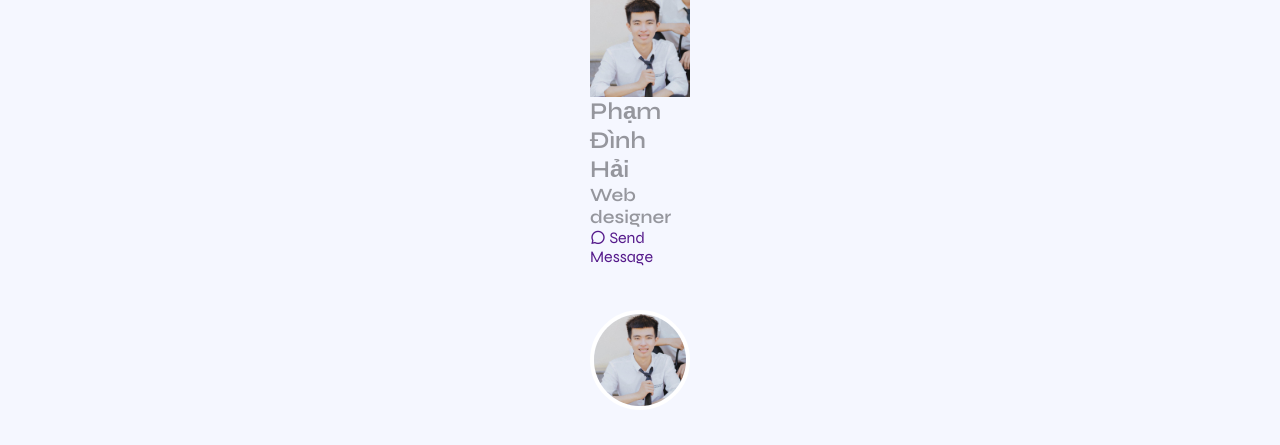
Repository: dinhhaidh/Profile
Page: index.html
An editor plug-in stored every save of this project. The page is shown before and after a run of saves, followed by the edit.
The browser window is 1280 px wide. The pictures show the whole page.
Some web libraries are served in a nearby version.

Above is the page before, as saved 2024-02-29 09:09:34.

### index.html
<!DOCTYPE html>
<html lang="en">
<head>
    <meta charset="UTF-8">
    <meta name="viewport" content="width=device-width, initial-scale=1.0">

    <!--=============== REMIXICONS ===============-->
    <link rel="stylesheet" href="https://cdnjs.cloudflare.com/ajax/libs/remixicon/4.0.1/remixicon.css">

    <!--=============== CSS ===============-->
    <link rel="stylesheet" href="style.css">

    <title>Profile card with tooltip</title>
</head>
<body>
    <div class="container">
        <article class="card__article">
            <div class="card__profile">
                <img src="./img/img.jpg" alt="image" class="card__profile-img">
            </div>

            <div class="card__tooltip">
                <div class="card__content">
                    <header class="card__header">
                        <span>Social</span>

                        <div class="card__social">
                            <a href="https://www.linkedin.com" target="_blank">
                                <i class="ri-linkedin-box-line"></i>
                            </a>

                            <a href="https://www.github.com" target="_blank">
                                <i class="ri-github-fill"></i>
                            </a>

                            <a href="https://www.dribbble.com" target="_blank">
                                <i class="ri-dribbble-line"></i>
                            </a>
                        </div>
                    </header>

                    <div class="card__data">
                        <div class="card__image">
                            <div class="card__mask">
                                <img src="./img/img.jpg" alt="image" class="card__img">
                            </div>

                            <span class="card__stutus">

                            </span>
                        </div>
                        <h2 class="card__name">Phạm Đình Hải</h2>
                        <h3 class="card__profession">Web designer</h3>

                        <a href="" class="card__button">
                            <i class="ri-chat-3-line"></i> <span>Send Message</span>
                        </a>
                    </div>
                </div>
            </div>
        </article>
    </div>
</body>
</html>

### style.css
/*=============== GOOGLE FONTS ===============*/
@import url("https://fonts.googleapis.com/css2?family=Syne:wght@400;500;600&display=swap");

/*=============== VARIABLES CSS ===============*/
:root {
    /*========== Colors ==========*/
    /*Color mode HSL(hue, saturation, lightness)*/
    --first-color: hsl(230, 100%, 50%);
    --second-color: hsl(150, 100%, 38%);
    --title-color: hsl(230, 24%, 12%);
    --text-color: hsl(230, 4%, 60%);
    --gray-color: hsl(230, 24%, 88%);
    --border-color: hsl(230, 4%, 92%);
    --body-color: hsl(230, 100%, 98%);
    --container-color: hsl(0, 0%, 100%);

    /*========== Font and typography ==========*/
    /*.5rem = 8px | 1rem = 16px ...*/
    --body-font: "Syne", sans-serif;
    --h2-font-size: 1.25rem;
    --normal-font-size: 1rem;
}

/*=============== BASE ===============*/
* {
    box-sizing: border-box;
    padding: 0;
    margin: 0;
}

body {
    font-family: var(--body-font);
    font-size: var(--normal-font-size);
    background-color: var(--body-color);
    color: var(--text-color);
}

a {
    text-decoration: none;
}

img {
    display: block;
    max-width: 100%;
    height: auto;
}

/*=============== CARD ===============*/
.container{
    height: 100vh;
    display: grid;
    place-items: center;
    margin-inline: 1.5rem;
    padding-block: 7rem;
}
.card__article{
    position: relative;
    align-items: flex-end;
    display: flex;
    justify-content: center;
}
.card__profile{
    width: 100px;
    height: 100px;
    background-color: var(--gray-color);
    border-radius: 50%;
    overflow: hidden;
    display:flex;
    align-items: flex-end;
    justify-content: center;
    border: 4px solid var(--container-color);
    z-index: 5;
}
.card__profile-img{
    width: 95px;
}

.card__tooltip{
    position: absolute;
    bottom: 4rem;
    padding-bottom: 5rem;
    /* transition: opacity .4s, bottom .4s cubic-bezier(.6, -.5, .3, 1.5);
    pointer-events: none;
    opacity: 0; */
}
.card__content{
    position: relative;

}
.card__header{

}
.card__social{

}

.card__data{

}
.card__image{

}
.card__mask{

}
.card__img{

}
.card__stutus{

}
.card__name{

}
.card__profession{

}
.card__button{

}
.ri-chat-3-line{

}

/* Scale profile image */


/* Show tooltip card */


/*=============== BREAKPOINTS ===============*/
/* For medium devices */

After the next 3 saves:
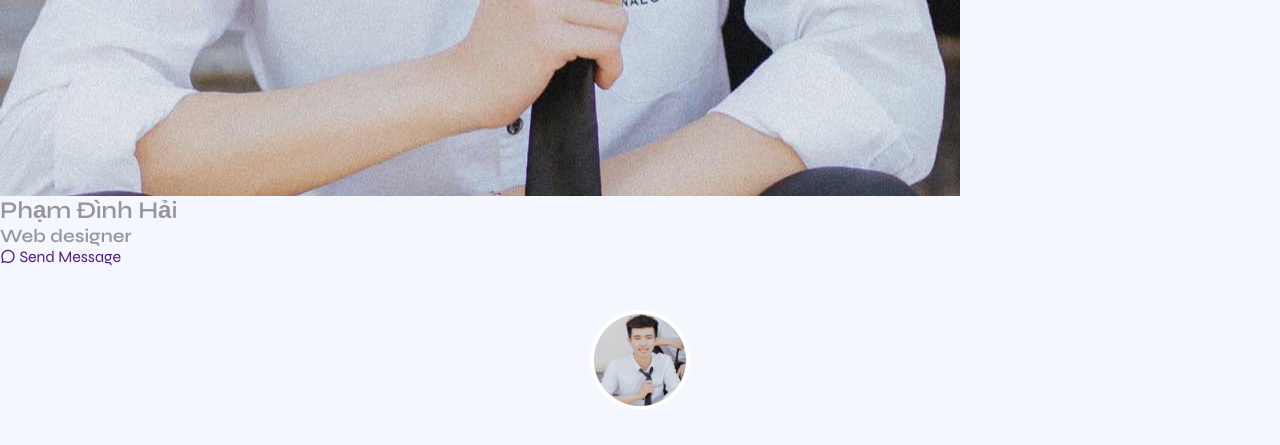
The 3 saves are shown as one change because they came seconds apart.
The last was saved 16 s later.
--- a/style.css
+++ b/style.css
@@ -85,7 +85,7 @@ img {
 }
 .card__content{
     position: relative;
-
+    width: calc(100vw);
 }
 .card__header{
 
